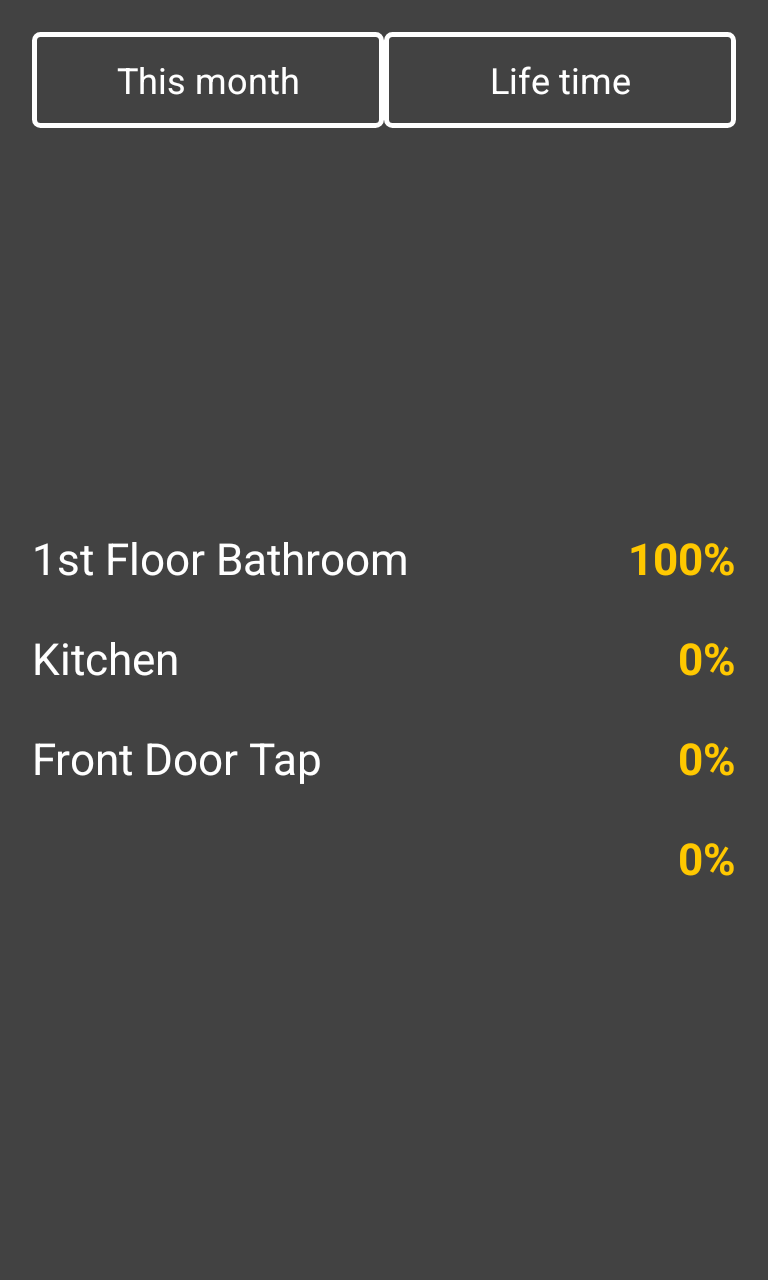
Repository: prabushitha/hydrosaver
Layout: hydrosaver/res/layout/activity_sections.xml
The author's editor kept a copy of each file at every save. The layout is drawn from the files as they stood at one save, then again after the next save.
It is drawn on a 768 x 1280 px phone screen (xhdpi) without system bars, with theme AppTheme; the app's code is not run.

Above is the layout before, as saved 2016-10-08 16:54:06.

After the next save:
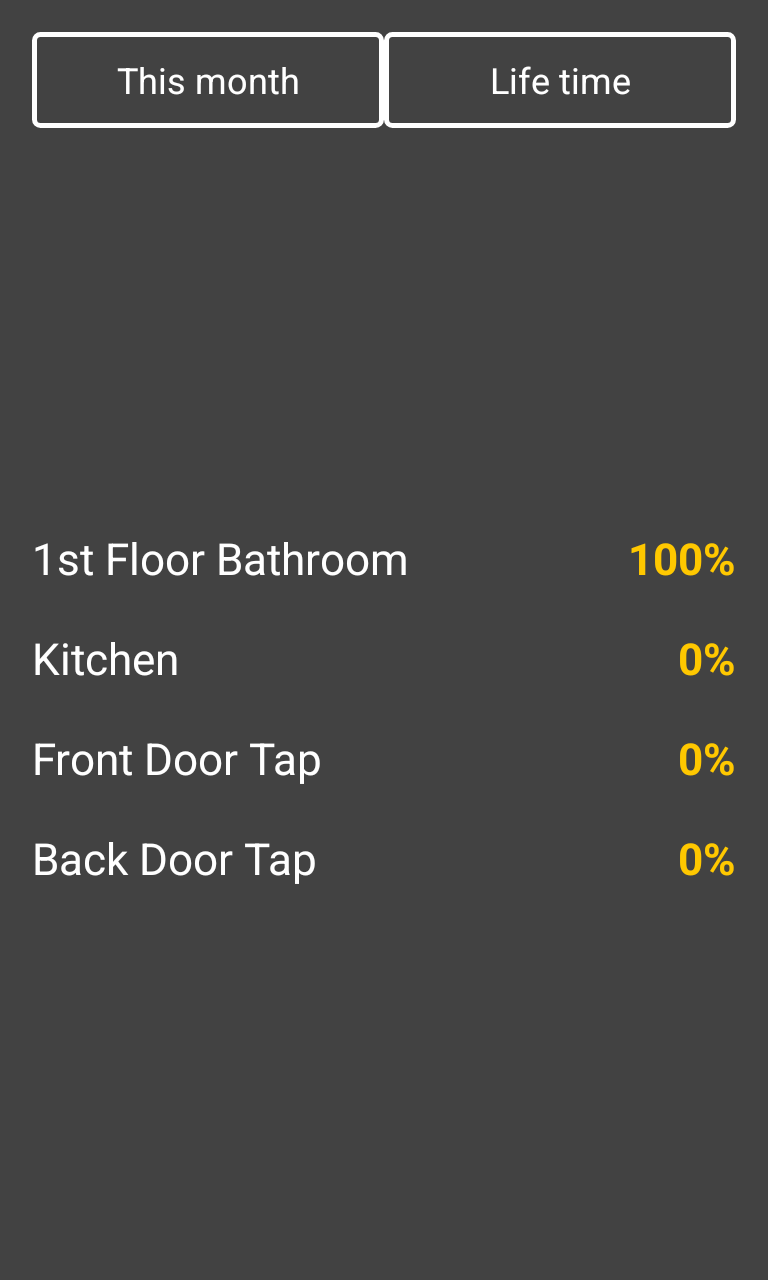
Saved 23 s later.
--- a/hydrosaver/res/layout/activity_sections.xml
+++ b/hydrosaver/res/layout/activity_sections.xml
@@ -132,7 +132,7 @@
 		        android:layout_width="0dp"
 		        android:layout_height="wrap_content"
 		        android:textAppearance="?android:attr/textAppearanceLarge"
-		        android:text=""
+		        android:text="Back Door Tap"
 		        android:textColor="#ffffff"
 		        android:minHeight="100px"
 		        android:singleLine="true"
